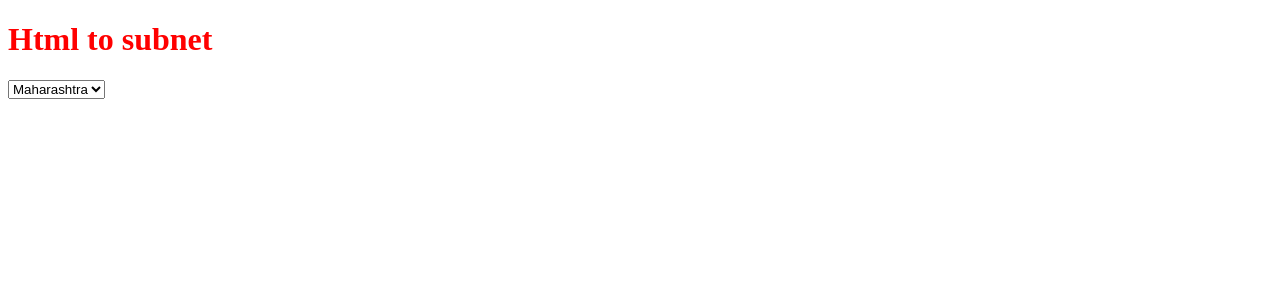
Repository: karan-mohite/WebApp
Page: WebApp Servelet/StateApp/src/main/webapp/capital.html
These files come from the project's save history. The page is drawn as it stood at one moment and after the next save; the edit follows.
The browser window is 1280 px wide. The pictures show the whole page.

Above is the page before, as saved 2025-01-25 07:27:30.

### WebApp Servelet/StateApp/src/main/webapp/capital.html
<!DOCTYPE html>
<html>
<head>
<meta charset="UTF-8">
<title>Insert title here</title>
</head>
<body>
<h1 style="color:RED"; text-align="center">Html to subnet</h1>
<form name="capitalFrm" action="capitalurl" method="POST">
	<select name="State" onchange="send()">
		<option value="0" >Maharashtra</option>
	    <option value="1" >Bihar</option>
		<option value="2" >Gujrat</option>
	</select>

</form>
	<script language="javascript">
	function send()
	{
		capitalfrm.submit();
	}
	</script>
</body>
</html>

After the next save:
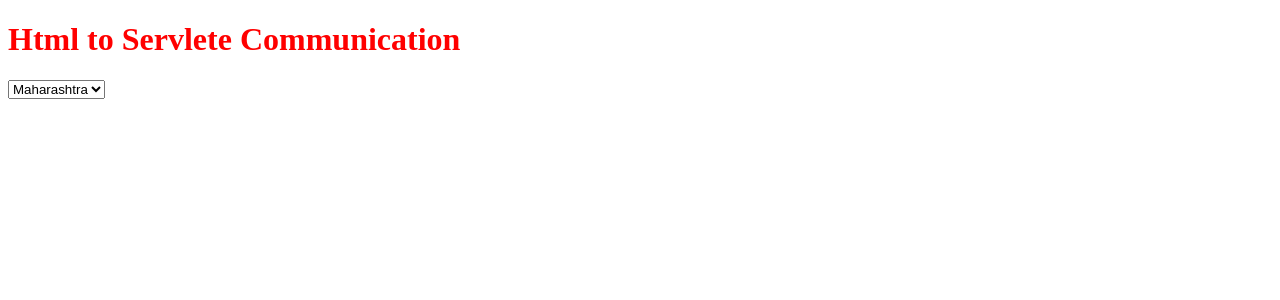
Saved 11 min 13 s later.
--- a/WebApp Servelet/StateApp/src/main/webapp/capital.html
+++ b/WebApp Servelet/StateApp/src/main/webapp/capital.html
@@ -5,8 +5,8 @@
 <title>Insert title here</title>
 </head>
 <body>
-<h1 style="color:RED"; text-align="center">Html to subnet</h1>
-<form name="capitalFrm" action="capitalurl" method="POST">
+<h1 style="color:RED"; text-align="center">Html to Servlete Communication</h1>
+<form name="capitalFrm" action="/capitalurl" method="POST">
 	<select name="State" onchange="send()">
 		<option value="0" >Maharashtra</option>
 	    <option value="1" >Bihar</option>
@@ -17,7 +17,7 @@
 	<script language="javascript">
 	function send()
 	{
-		capitalfrm.submit();
+		capitalFrm.submit();
 	}
 	</script>
 </body>
